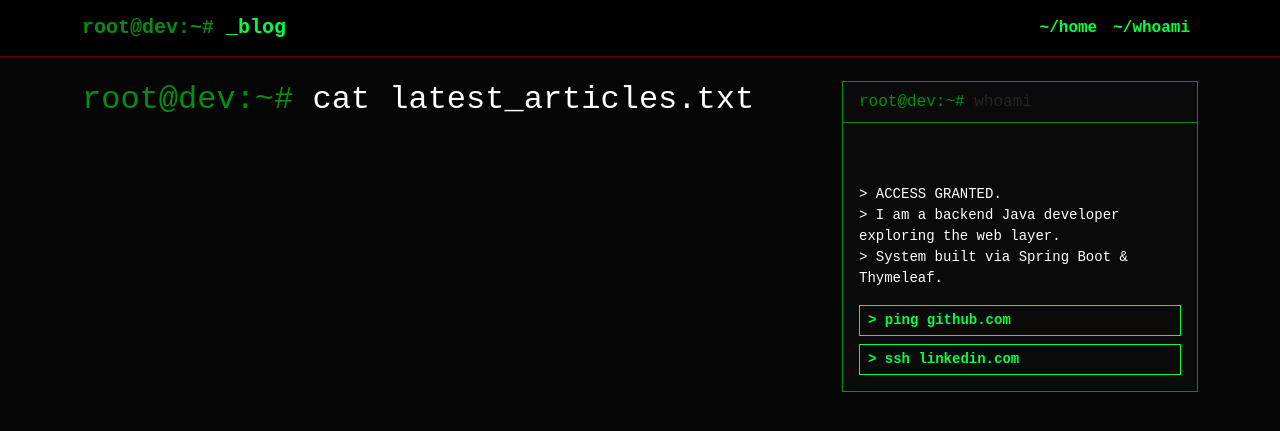
Repository: gd0t/gd0t-blog
Page: http://localhost/index
The author's editor kept a copy of each file at every save. The page is drawn from the files as they stood at one save, then again after the next save.
The browser window is 1280 px wide. The pictures show the whole page.
The page is this project's Thymeleaf template; nobody is signed in. The template is opened directly, without the code that normally fills it, so the values that code supplies are empty.

Above is the page before, as saved 2026-05-21 00:32:02.

After the next save:
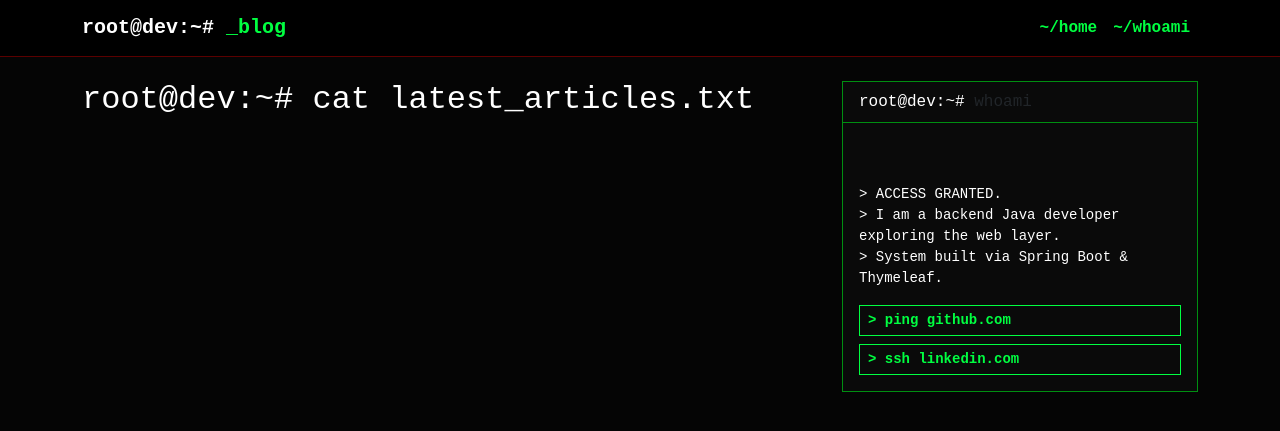
Saved 5 s later.
--- a/gd0t/src/main/resources/static/css/style.css
+++ b/gd0t/src/main/resources/static/css/style.css
@@ -51,7 +51,7 @@
 
 .prompt::before {
     content: "root@dev:~# ";
-    color: #008F11;
+    color: #fff;
 }
 
 input[type="text"], textarea {

After the save that followed:
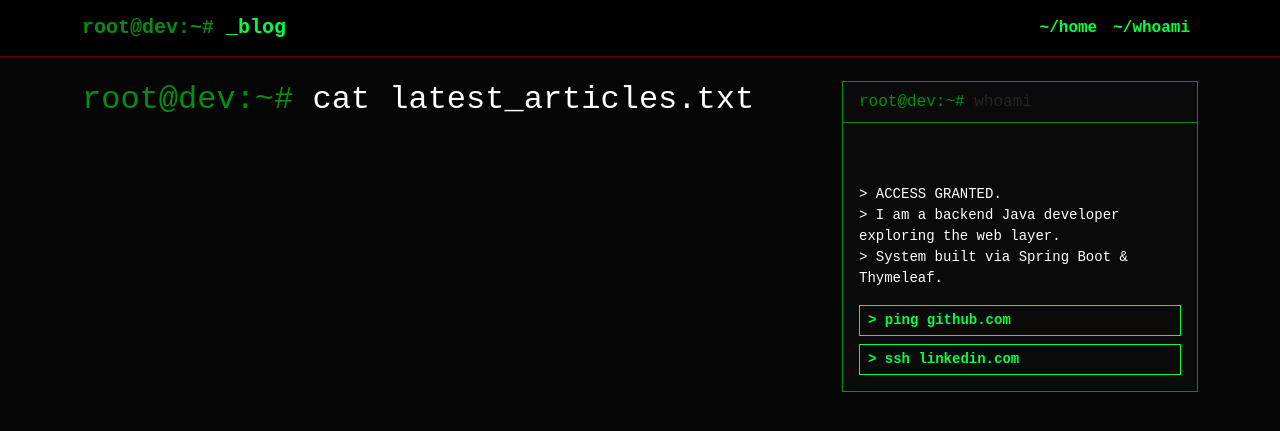
Saved 21 s later.
--- a/gd0t/src/main/resources/static/css/style.css
+++ b/gd0t/src/main/resources/static/css/style.css
@@ -51,20 +51,20 @@
 
 .prompt::before {
     content: "root@dev:~# ";
-    color: #fff;
+    color: #008F11;
 }
 
 input[type="text"], textarea {
     background-color: #050505;
     color: #00FF41;
-    border: 1px solid #fff;
+    border: 1px solid #008F11;
     border-radius: 0;
     width: 100%;
     padding: 10px;
 }
 input[type="text"]:focus, textarea:focus {
     outline: none;
-    border-color: #fff;
+    border-color: #ffd;
     box-shadow: 0 0 8px #00FF41;
 }
 
